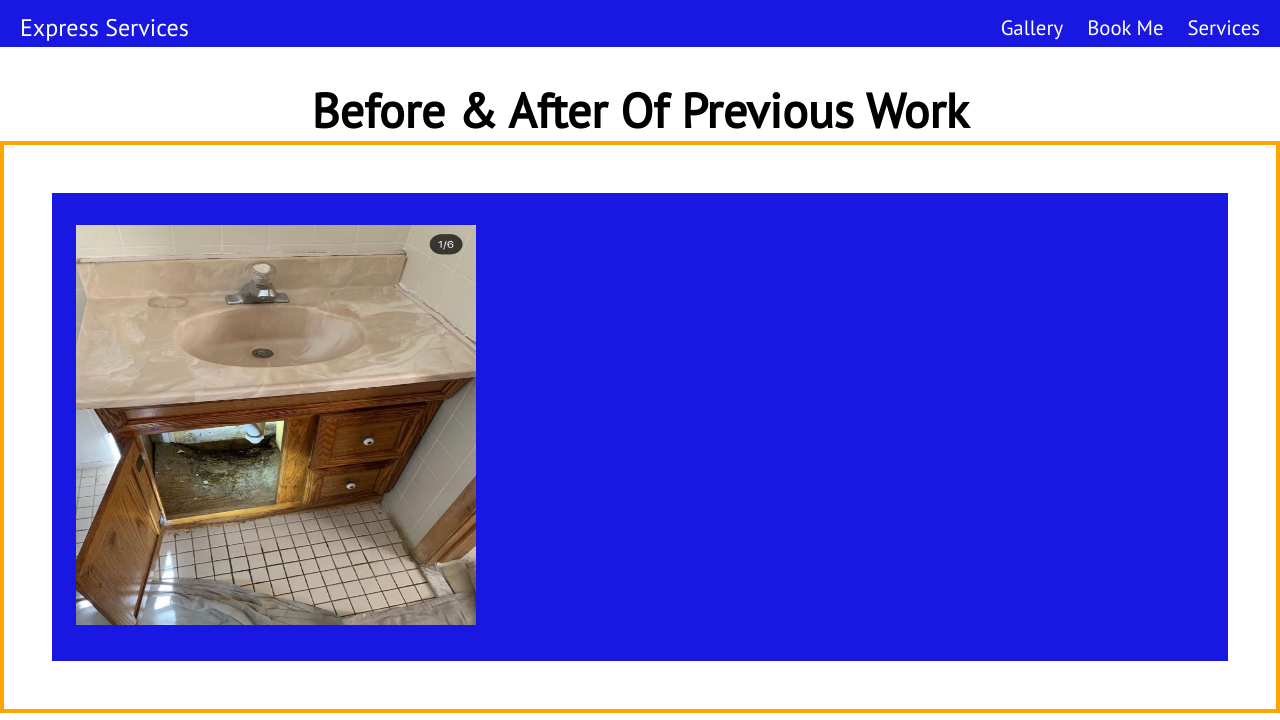
Repository: DrummerDee/mir-miami
Page: /Gallery (app in mr-miami/)
The author's editor kept a copy of each file at every save. The page is drawn from the files as they stood at one save, then again after a run of saves.
The browser window is 1280 px wide. The pictures show the whole page.
The project was rebuilt for these pictures with package versions that can differ from the ones it lists, and the page was loaded fresh each time. Also part of the build but not shown: mr-miami/src/Styles/Services.css, mr-miami/src/Components/Services.js, mr-miami/src/Components/Homepage.js, mr-miami/src/Styles/Calendar.css, mr-miami/src/Styles/Times.css, mr-miami/src/Components/Times.js, mr-miami/src/Components/Time.js, mr-miami/src/Components/BookMe.js.

Above is the page before, as saved 2022-09-08 22:49:12.

### mr-miami/public/index.html
<!DOCTYPE html>
<html lang="en">
  <head>
    <meta charset="utf-8" />
    <link rel="icon" href="%PUBLIC_URL%/favicon.ico" />
    <meta name="viewport" content="width=device-width, initial-scale=1" />
    <meta name="theme-color" content="#000000" />
    <meta
      name="description"
      content="Web site created using create-react-app"
    />
    <link rel="apple-touch-icon" href="%PUBLIC_URL%/logo192.png" />
    <!--
      manifest.json provides metadata used when your web app is installed on a
      user's mobile device or desktop. See https://developers.google.com/web/fundamentals/web-app-manifest/
    -->
    <link rel="manifest" href="%PUBLIC_URL%/manifest.json" />
    <!--
      Notice the use of %PUBLIC_URL% in the tags above.
      It will be replaced with the URL of the `public` folder during the build.
      Only files inside the `public` folder can be referenced from the HTML.

      Unlike "/favicon.ico" or "favicon.ico", "%PUBLIC_URL%/favicon.ico" will
      work correctly both with client-side routing and a non-root public URL.
      Learn how to configure a non-root public URL by running `npm run build`.
    -->
    <title>Exotic Express Services</title>
  </head>
  <body>
    <noscript>You need to enable JavaScript to run this app.</noscript>
    <div id="root"></div>
    <!--
      This HTML file is a template.
      If you open it directly in the browser, you will see an empty page.

      You can add webfonts, meta tags, or analytics to this file.
      The build step will place the bundled scripts into the <body> tag.

      To begin the development, run `npm start` or `yarn start`.
      To create a production bundle, use `npm run build` or `yarn build`.
    -->
  </body>
</html>

### mr-miami/src/App.js
import './Styles/App.css';
import { BrowserRouter as Router, Routes, Route } from "react-router-dom";
import Navbar from "./Components/Navbar";
import Services from "./Components/Services";
import Homepage from "./Components/Homepage";
import Gallery from "./Components/Gallery";
import BookMe from "./Components/BookMe";




function App() {
  return (
    <Router>
      <Navbar />
      <Routes>
        <Route path="/" element={<Homepage />} />
        <Route path="/Gallery" element={<Gallery />} />
        <Route path="/Services" element={<Services />} />
        <Route path="/BookMe" element={<BookMe />} />
      </Routes>
    </Router>
  );
}

export default App;

### mr-miami/src/Styles/App.css
@import url('https://fonts.googleapis.com/css2?family=IBM+Plex+Sans:wght@300&family=PT+Sans&display=swap');
* {
  box-sizing: border-box;
  margin: 0;
  padding: 0;
  font-family: 'PT Sans','IBM Plex Sans', sans-serif;
}

/* Gallery Page */
.body > h1 {
  font-size: 3rem;
  text-align: center;
  margin-top: 2rem;
}

.wrapper {
  display: flex;
  flex-direction: row;
  align-items: center;
  margin: 0;
  padding: 0;
  border: 0.3rem solid orange;
}
.frame {
  margin: 3rem 3rem;
  width: 100%;
  height: 100%;
  background: rgb(24, 24, 226);
  padding: 2em 1.5em 2em 1.5em;
}
.top:hover{
  opacity: 1;
}
.bottom{
  position: absolute;
  opacity: 0;
}
.bottom:hover{
  opacity: 1;
  right: 0;
}

### mr-miami/src/Components/Navbar.js
import {Link } from 'react-router-dom'; //put this on every single routing page


// This isn't a homepage, just functionality for Navbar in the homepage
const Navbar = () => {
  return (
      <nav className="nav">
        <Link className="Home" to="/"> Express Services </Link>
        <ul>
          <li><Link to="/Gallery">Gallery</Link></li>
          <li><Link to="/BookMe">Book Me</Link></li>
          <li><Link to="/Services">Services</Link></li>
        </ul>
      </nav>
  );
}
export default Navbar;

### mr-miami/src/Components/Gallery.js
import React from "react";
import { LazyLoadImage } from 'react-lazy-load-image-component';
import sinkbefore from '../Assets/sinkbefore.jpeg';
import sinkafter from '../Assets/sinkafter.jpeg';
// import doorbefore from '../Assets/Doorbefore.jpeg';
// import doorafter from '../Assets/Doorafter.jpeg';
// import pavementbefore from '../Assets/pavementbefore.jpeg';
// import pavementafter from '../Assets/pavementafter.jpeg';
// import roofafter from '../Assets/roofafter.jpeg';
// import roofbefore from '../Assets/roofbefore.jpeg';



function Gallery() {
    return (
        <div className='body'>
            <h1> Before & After Of Previous Work </h1>
            <div className='wrapper'>
                <div className='frame'>
                        <LazyLoadImage
                            src={sinkbefore}
                            width={400}
                            height={400}
                            effect = 'blur'
                            alt='broken sink'
                            className="top"
                        />
                        <LazyLoadImage
                            src={sinkafter}
                            width={400}
                            height={400}
                            effect = 'blur'
                            alt='broken sink'
                            className="bottom"
                        />
                    </div>
                {/* <div className='frame'>
                <LazyLoadImage
                            src={sinkafter}
                            width={400}
                            height={400}
                            effect = 'blur'
                            alt='broken sink'
                        />
                    </div> */}
                </div>
                </div>
    );
}










export default Gallery

### mr-miami/src/Styles/Homepage.css
* {
  box-sizing: border-box;
  margin: 0;
  padding: 0;
}

.homeBody {
  position: relative;
  height: 95vh;
  overflow: hidden;
}

.nav {
  background-color: rgb(24, 24, 226);
  color: white;
  display: flex;
  justify-content: space-between;
  align-items: stretch;
  gap: 2rem;
  padding: 0 1rem;
  padding-top: 0.5rem;
  font-size: 1.3rem;
}

.nav ul {
  padding: 0%;
  margin: 0;
  list-style: none;
  display: flex;
  gap: 1rem;
}

.Home {
  font-size: 1.5rem;
}

.nav a {
  display: flex;
  align-items: center;
  color: inherit;
  text-decoration: none;
  height: 100%;
  padding: 0.25rem;
}

.nav li:hover {
  border-top: white 0.2rem solid;
  transition: all 0.3s ease-out;
  padding: 0.25rem;
}

.home {
  display: flex;
  flex-direction: column;
  justify-content: center;
  align-items: center;
}

.homeBody .text {
  background-image: url('../Assets/background.png');
  background-repeat: no-repeat;
  background-size: cover;
  height: 100vh;
  color: white;
  display: flex;
  flex-direction: column;
  align-items: center;
  font-weight: 300;
}

.homeBody .text .homeMainText {
  color: white;
  border-top: 0.4rem solid black;
  border-bottom: 0.4rem solid black;
  font-size: 5rem;
  padding: 0.5rem 0 0.5rem 0;
  margin-top: 6.5rem;
}

.homeBody .text>h3 {
  font-size: 1.2rem;
  padding-top: 2rem;
}

.homeBody .text>h4 {
  font-size: 1.5rem;
  margin: 0;
}

.homeBody .text>p {
  margin-top: 15rem;
  font-size: 1.5rem;
  font-weight: 600;
}

Loaded but not shown: mr-miami/src/index.js (common file); mr-miami/src/reportWebVitals.js (common file)

After the next 3 saves:
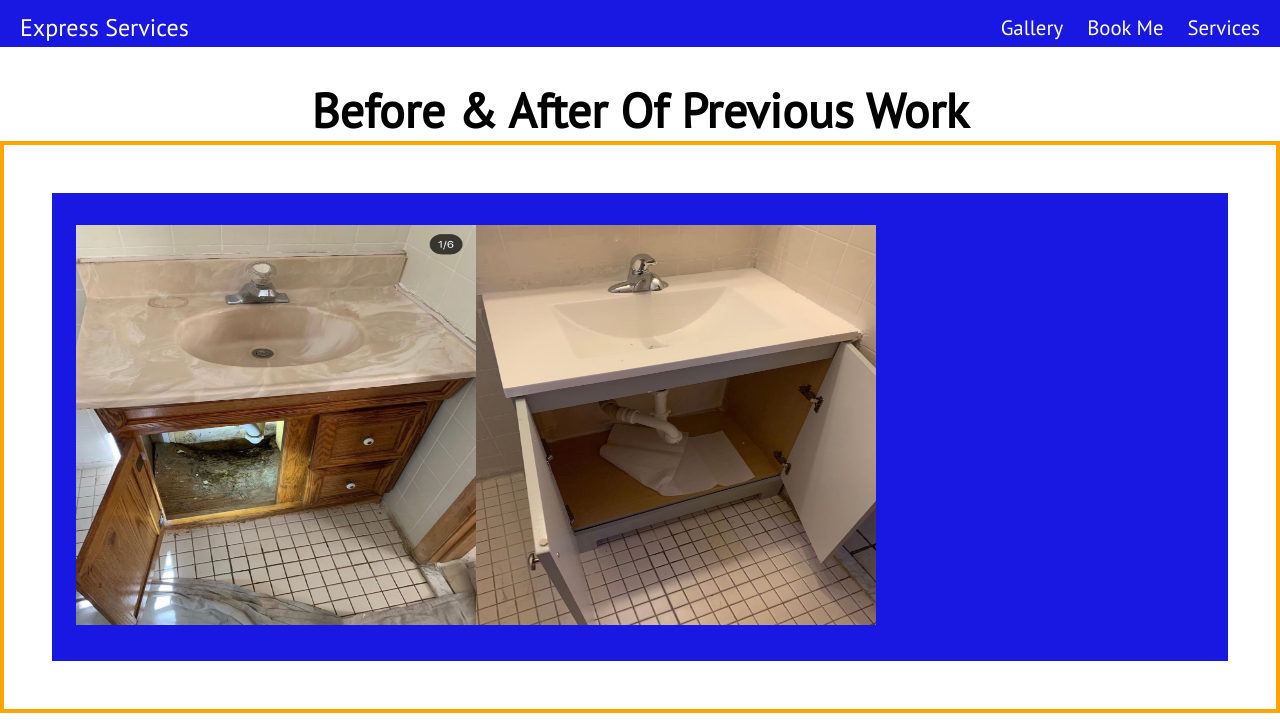
The 3 saves are shown as one change because they came seconds apart.
The last was saved 6 min 21 s later.
--- a/mr-miami/src/Styles/App.css
+++ b/mr-miami/src/Styles/App.css
@@ -28,14 +28,3 @@
   background: rgb(24, 24, 226);
   padding: 2em 1.5em 2em 1.5em;
 }
-.top:hover{
-  opacity: 1;
-}
-.bottom{
-  position: absolute;
-  opacity: 0;
-}
-.bottom:hover{
-  opacity: 1;
-  right: 0;
-}
